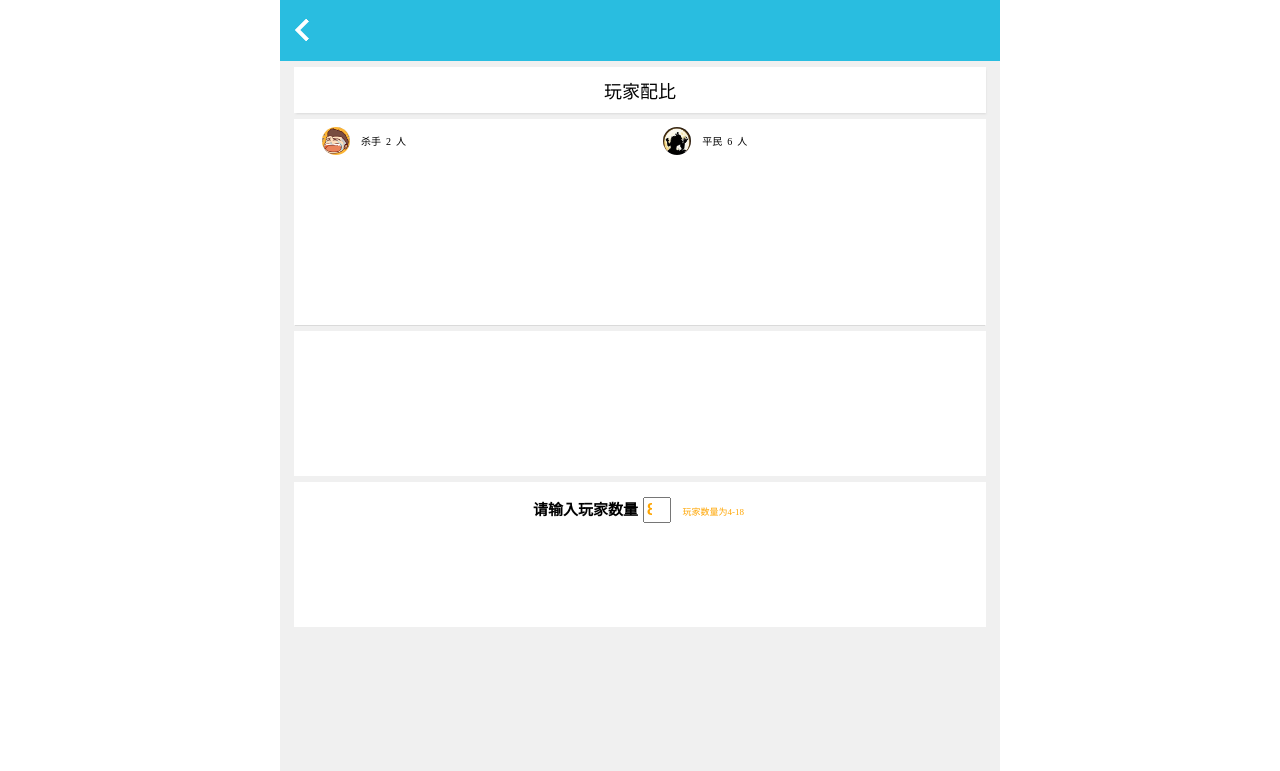
Repository: leozhangpd/My-Codes
Page: JS/two-project/deploy_page.html
The author's editor kept a copy of each file at every save. The page is drawn from the files as they stood at one save, then again after the next save.
The browser window is 1280 px wide. The pictures show the whole page.

Above is the page before, as saved 2020-11-09 17:37:27.

After the next save:
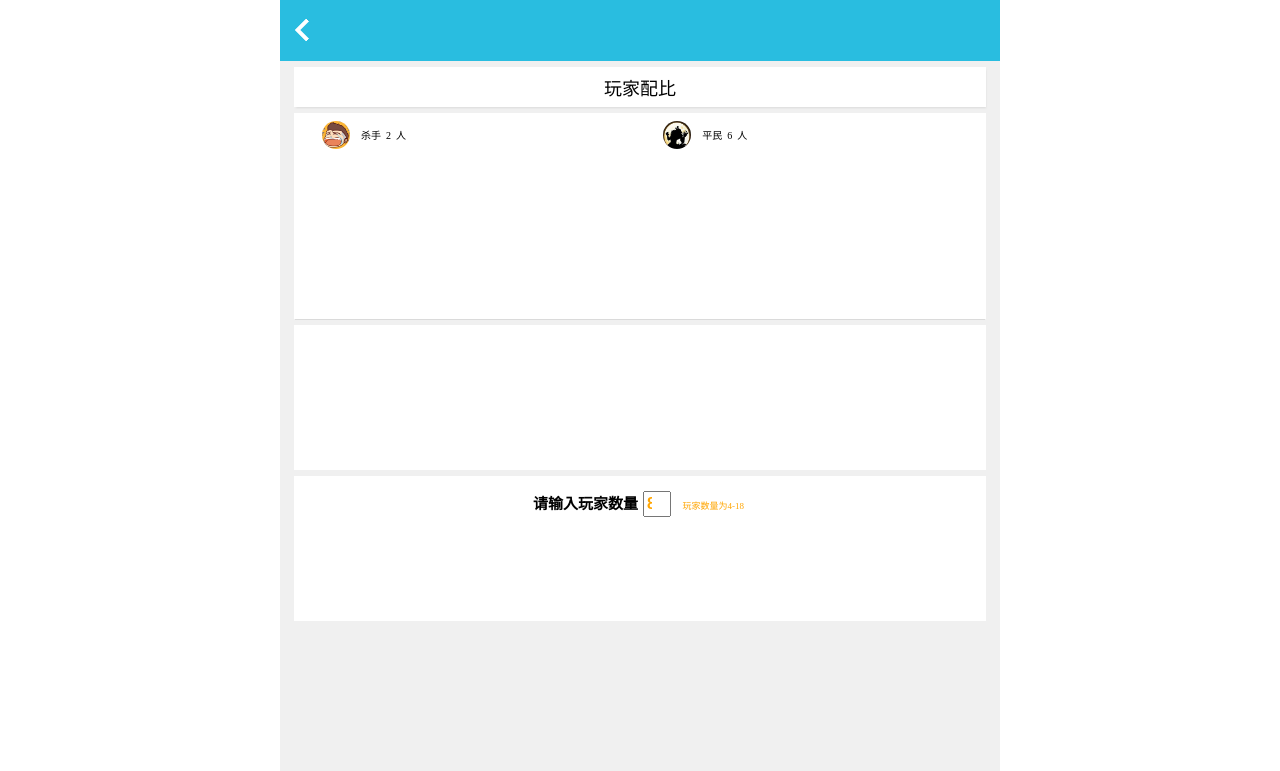
Saved 68 s later.
--- a/JS/two-project/css/deploy_page.css
+++ b/JS/two-project/css/deploy_page.css
@@ -40,7 +40,7 @@ main{
 }
 main>*{background-color: #fff;}
 .title{
-    padding: 1rem 0;
+    padding: .7rem 0;
     margin: .6rem 0;
     text-align: center;
     font-size: 1.8rem;
